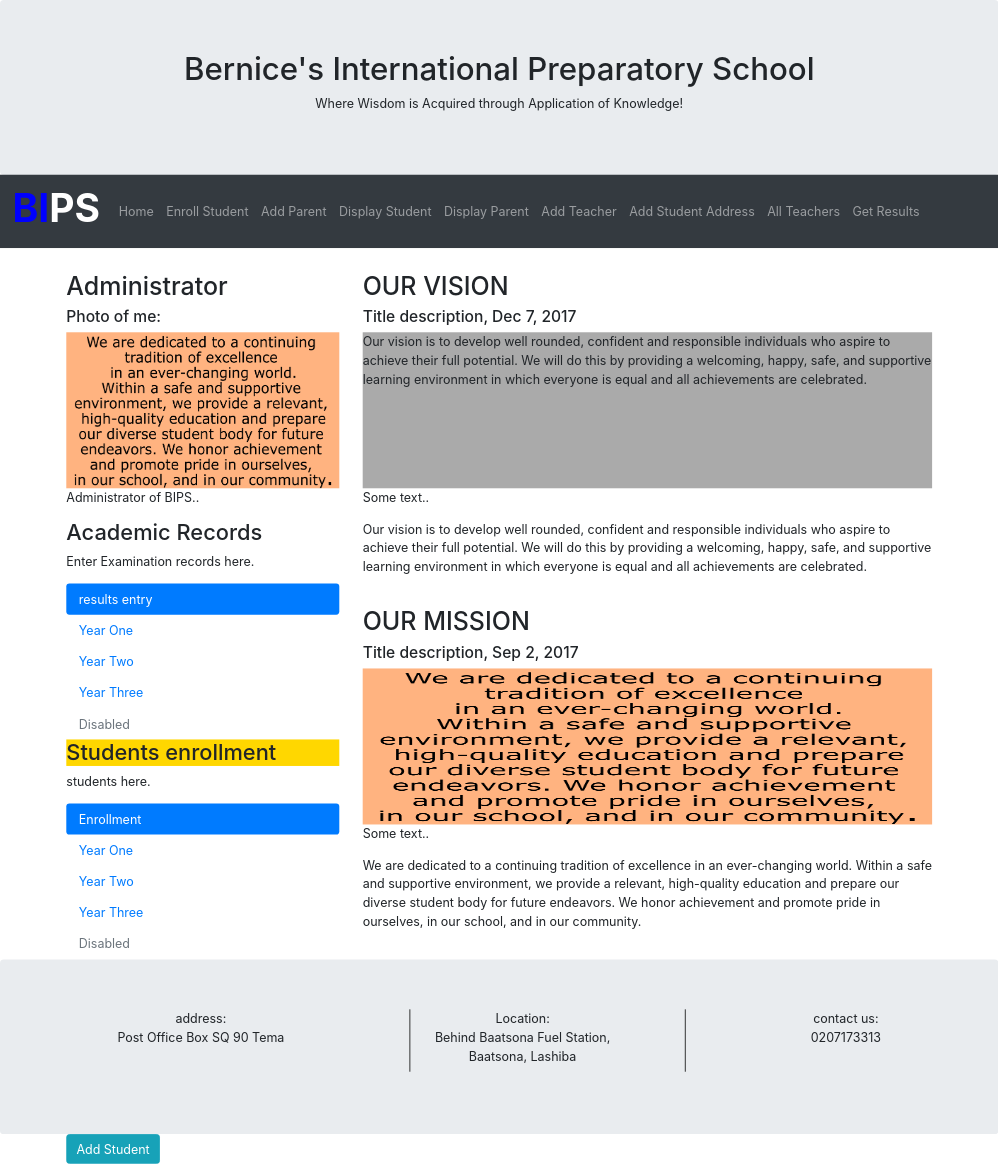
Repository: joseackah/eclipse-workspace
Page: http://localhost/com.school.mgt.system.Front.End/WEB-INF/views/adminPageExample.jsp
These files come from the project's save history. The page is drawn as it stood at one moment and after the next save; the edit follows.
The browser window is 1280 px wide. The pictures show the whole page, at 78% of full size.
The page is served by Tomcat 9. Nobody is signed in. Other server files are loaded and not shown. The template is opened directly, without the code that normally fills it, so the values that code supplies are empty.

Above is the page before, as saved 2021-08-12 21:59:47.

### com.school.mgt.system.Front.End/src/main/webapp/WEB-INF/views/adminPageExample.jsp
<%@ page language="java" contentType="text/html; charset=ISO-8859-1"
    pageEncoding="ISO-8859-1"%>
<!DOCTYPE html>
<html>
<head>
<meta charset="ISO-8859-1">
<title>Home Page</title>
<meta charset="utf-8">
  <meta name="viewport" content="width=device-width, initial-scale=1">
  <link rel="stylesheet" href="https://maxcdn.bootstrapcdn.com/bootstrap/4.5.2/css/bootstrap.min.css">
  <script src="https://ajax.googleapis.com/ajax/libs/jquery/3.5.1/jquery.min.js"></script>
  <script src="https://cdnjs.cloudflare.com/ajax/libs/popper.js/1.16.0/umd/popper.min.js"></script>
  <script src="https://maxcdn.bootstrapcdn.com/bootstrap/4.5.2/js/bootstrap.min.js"></script>
  <style>
  .fakeimg {
    height: 200px;
    background: #aaa;
  }
  </style>
</head>
<body>
<div class="jumbotron text-center" style="margin-bottom:0">
  <h1>Bernice's International Preparatory School</h1>
  <p>Where Wisdom is Acquired through Application of Knowledge!</p>
</div>

<nav class="navbar navbar-expand-sm bg-dark navbar-dark">
  <a class="navbar-brand" href="#"><h1 style="font-size: 50px; font-weight: bold;"><span style="color:blue; font-size:;">BI</span>PS </h1></a>
  <button class="navbar-toggler" type="button" data-toggle="collapse" data-target="#collapsibleNavbar">
    <span class="navbar-toggler-icon"></span>
  </button>
  <div class="collapse navbar-collapse" id="collapsibleNavbar">
    <ul class="navbar-nav">
      <li class="nav-item">
        <a class="nav-link" href="${pageContext.request.contextPath}/general/homePage">Home</a>
      </li>
      <li class="nav-item">
        <a class="nav-link" href="${pageContext.request.contextPath}/schoolStudents/moreStudentsForm">Enroll Student</a>
      </li>
      <li class="nav-item">
        <a class="nav-link" href="${pageContext.request.contextPath}/schoolParents/showParentForm">Add Parent</a>
      </li>
      <li class="nav-item">
        <a class="nav-link" href="${pageContext.request.contextPath}/schoolStudents/displayStudents">Display Student</a>
      </li>
      <li class="nav-item">
        <a class="nav-link" href="${pageContext.request.contextPath}/schoolParents/displayParents">Display Parent</a>
      </li>
      <li class="nav-item">
        <a class="nav-link" href="${pageContext.request.contextPath}/schoolStudents/showStudentsForm">Add Teacher</a>
      </li>
      <li class="nav-item">
        <a class="nav-link" href="${pageContext.request.contextPath}/studentAddress/displayStudentAddress">Add Student Address</a>
      </li>
      <li class="nav-item">
        <a class="nav-link" href="${pageContext.request.contextPath}/schoolTeachers/displayTeachers">All Teachers</a>
      </li>
      <li class="nav-item">
        <a class="nav-link" href="${pageContext.request.contextPath}/general/lowerResults">Get Results</a>
      </li>
    </ul>
  </div>
</nav>

<div class="container" style="margin-top:30px">
  <div class="row">
    <div class="col-sm-4">
      <h2>Administrator</h2>
      <h5>Photo of me:</h5>
      <div class="fakeimg"> <img alt="our mision" src="${pageContext.request.contextPath}/resources/png/mission.png" style="width:100%; height:100%;"/>  </div>
      <p>Administrator of BIPS..</p>

    <!--   academic record start here -->

      <h3>Academic Records</h3>
      <p>Enter Examination records here.</p>
      <ul class="nav nav-pills flex-column">
        <li class="nav-item">
          <a class="nav-link active" href="#">results entry</a>
        </li>
        <li class="nav-item">
          <a class="nav-link" href="#">Year One</a>
        </li>
        <li class="nav-item">
          <a class="nav-link" href="#">Year Two</a>
        </li>
        <li class="nav-item">
          <a class="nav-link" href="#">Year Three</a>
        </li>
        <li class="nav-item">
          <a class="nav-link disabled" href="#">Disabled</a>
        </li>
      </ul>
      <hr class="d-sm-none">

      <!-- academic record ends here -->

      <!-- student starts here -->
       <h3 style="background-color:gold;">Students enrollment</h3>
      <p>students here.</p>
      <ul class="nav nav-pills flex-column">
        <li class="nav-item">
          <a class="nav-link active">Enrollment</a>
        </li>
        <li class="nav-item">
          <a class="nav-link" href="#">Year One</a>
        </li>
        <li class="nav-item">
          <a class="nav-link" href="#">Year Two</a>
        </li>
        <li class="nav-item">
          <a class="nav-link" href="#">Year Three</a>
        </li>
        <li class="nav-item">
          <a class="nav-link disabled" href="#">Disabled</a>
        </li>
      </ul>
      <hr class="d-sm-none">
    <!--   students ends here -->
    </div>

    <!-- mission start here -->
    <div class="col-sm-8">
      <h2>OUR VISION</h2>
      <h5>Title description, Dec 7, 2017</h5>
      <div class="fakeimg">  Our vision is to develop well rounded, confident and responsible individuals who aspire to achieve their full potential. We will do this by providing a welcoming, happy, safe, and supportive learning environment in which everyone is equal and all achievements are celebrated. </div>
      <p>Some text..</p>
      <p>Our vision is to develop well rounded, confident and responsible individuals who aspire to achieve their full potential. We will do this by providing a welcoming, happy, safe, and supportive learning environment in which everyone is equal and all achievements are celebrated. </p>

      <!-- mission end here -->

      <br>
      <h2>OUR MISSION</h2>
      <h5>Title description, Sep 2, 2017</h5>
      <div class="fakeimg"><img alt="" src="${pageContext.request.contextPath}/resources/png/mission.png" style="width:100%; height:100%;"></div>
      <p>Some text..</p>
      <p>We are dedicated to a continuing tradition of excellence in an ever-changing world. Within a safe and supportive environment, we provide a relevant, high-quality education and prepare our diverse student body for future endeavors. We honor achievement and promote pride in ourselves, in our school, and in our community.</p>
    </div>
  </div>
</div>

<div class="jumbotron text-center" style="margin-bottom:0; align-context: space-between;">
<div style="justify-content: center;">
<div style="display: flex; float: center; justify-content: center;">
<p style="margin-right: 10em">address: <br /> Post Office Box SQ 90 Tema</p> <p style="border-left: 1px solid black; height: 80px; position:fix; left: 35%; padding-right: 2em;"> </p>
<p style="display: flex; float: right;"> Location: <br /> Behind Baatsona Fuel Station, <br> Baatsona, Lashiba </p> <P style="border-left: 1px solid black; height: 80px; position:fix; right: 50%; margin-left: 6em;"> </P>
<p style="margin-left: 10em">contact us:<br/> 0207173313</p>
</div>


</div>
</div>


<!-- test form -->

 <div class="container">
		<button type="button" class="btn btn-info float-left" data-toggle="modal" data-target="#myModal">Add Student</button>

		<!-- Modal -->
		<div class="modal fade" id="myModal" role="dialog">
			<div class="modal-dialog">

				<!-- Modal content-->
				<div class="modal-content">
					<div class="modal-header">
					<h4 class="modal-title text-primary">ADD NEW STUDENT</h4>
						<button type="button" class="close" data-dismiss="modal">&times;</button>
					</div>
					<div class="modal-body">




						<form action="${pageContext.request.contextPath }/aitiKaceStudentsApiConsumption/saveAitiKaceStudent=SaMEmE=HsuSGS-MlsjHS-DN-aDDF-Fdddde-sAmKoG=SmO-sLnINbds=LonCrshs-bBidbdd" method="post">

							<div class="modal-body">

						<div class="row">
   							 <div class="col">

								<div class="form-group">

									<input name="student_id" type="text" class="form-control checking_student_id" id="student_id" value="" placeholder="Student ID" required>
									<span class="error_student_id" id="student_id_error_message" style="color:red;"></span>
								</div>
								</div>
							<div class="col">

								<div class="form-group">
									 <input name="student_name"
										type="text" class="form-control" id="student_name" value="" placeholder="Student Name" required>
										<span id ="student_name_error_message" style="color:red;"></span>
								</div>


					</div>








					</div>



								<div class="form-group">
									<label>COURSE</label>
									<select class="form-control" name="course">
										<option value="">Select Course</option>
										<option value="Certificate in Software Development">Certificate in Software Development</option>
										<option value="Cisco Certified Network Associate">Cisco Certified Network Associate</option>
										<option value="Cisco Certified Network Professionals">Cisco Certified Network Professionals</option>
										<option value="International Computer Driving Licence">International Computer Driving Licence</option>
										<option value="Cyber Security">Cyber Security</option>
										<option value="Network Information Security">Network Information Security</option>
										<option value="Certified Information System Auditor">Certified Information System Auditor</option>
										<option value="Big Data Analytics">Big Data Analytics</option>
										<option value="Web Technologies">Web Technologies</option>
										<option value="Java Programming">Java Programming</option>
										<option value="Computing Infrastructure Systems & Security">Computing Infrastructure Systems & Security</option>
									</select>
								</div>



					<div class="row">
    <div class="col">



								<div class="form-group">
								<label>COURSE LEVEL</label> <input name="course_level"
										type="text" class="form-control" id="course_level" value="" placeholder="CSD1.5" required>
										<span id ="course_level_error_message" style="color:red;"></span>
								</div>


						</div>

   <div class="col">

								<div class="form-group">
									<label>DATE OF BIRTH</label> <input name="date_of_birth" type="date"
										class="form-control checking_date_of_birth" id="date_of_birth" value="" placeholder="example@play.com" required>
										<span class="error_date_of_birth" id="date_of_birth_error_message" style="color:red;"></span>
								</div>


</div>
</div>


								<div class="form-group">
								<label>EMAIL</label> <input name="email" type="email"
										class="form-control checking_email" id="email" value="" placeholder="example@play.com" required>
										<span class="error_email" id ="email_error_message" style="color:red;"></span>
								</div>


				<div class="row">
    <div class="col">


								<div class="form-group">
								<label>PHONE NUMBER</label>	<input name="phone" type="text"
										class="form-control checking_phone" id="phone" value="" placeholder="0*************" required>
										<span class="error_phone" id ="phone_error_message" style="color:red;"></span>
								</div>
			</div>
 <div class="col">
								<div class="form-group">
									<label>GENDER</label>
									<select class="form-control" name="gender">
										<option>Select</option>
										<option value="Male">Male</option>
										<option value="Female">Female</option>
									</select>
								</div>

</div>
</div>

		<div class="form-group">
									<label>ADDRESS</label> <input name="address"
										type="text" class="form-control" id="address" value="" placeholder="Tema Comm 1" required>
										<span id ="course_level_error_message" style="color:red;"></span>
								</div>


			<div class="row">
    <div class="col">


								<div class="form-group">
									<label>COURSE START DATE</label> <input name="course_start_date" type="date"
										class="form-control checking_date_of_birth" id="course_start_date" value="" placeholder="example@play.com" required>
										<span class="error_date_of_birth" id="date_of_birth_error_message" style="color:red;"></span>
								</div>

</div>
  <div class="col">


								<div class="form-group">
									<label>COURSE END DATE</label> <input name="course_end_date" type="date"
										class="form-control checking_date_of_birth" id="course_end_date" value="" placeholder="example@play.com" required>
										<span class="error_date_of_birth" id="date_of_birth_error_message" style="color:red;"></span>
								</div>

</div>
</div>

</body>
</html>

After the next save:
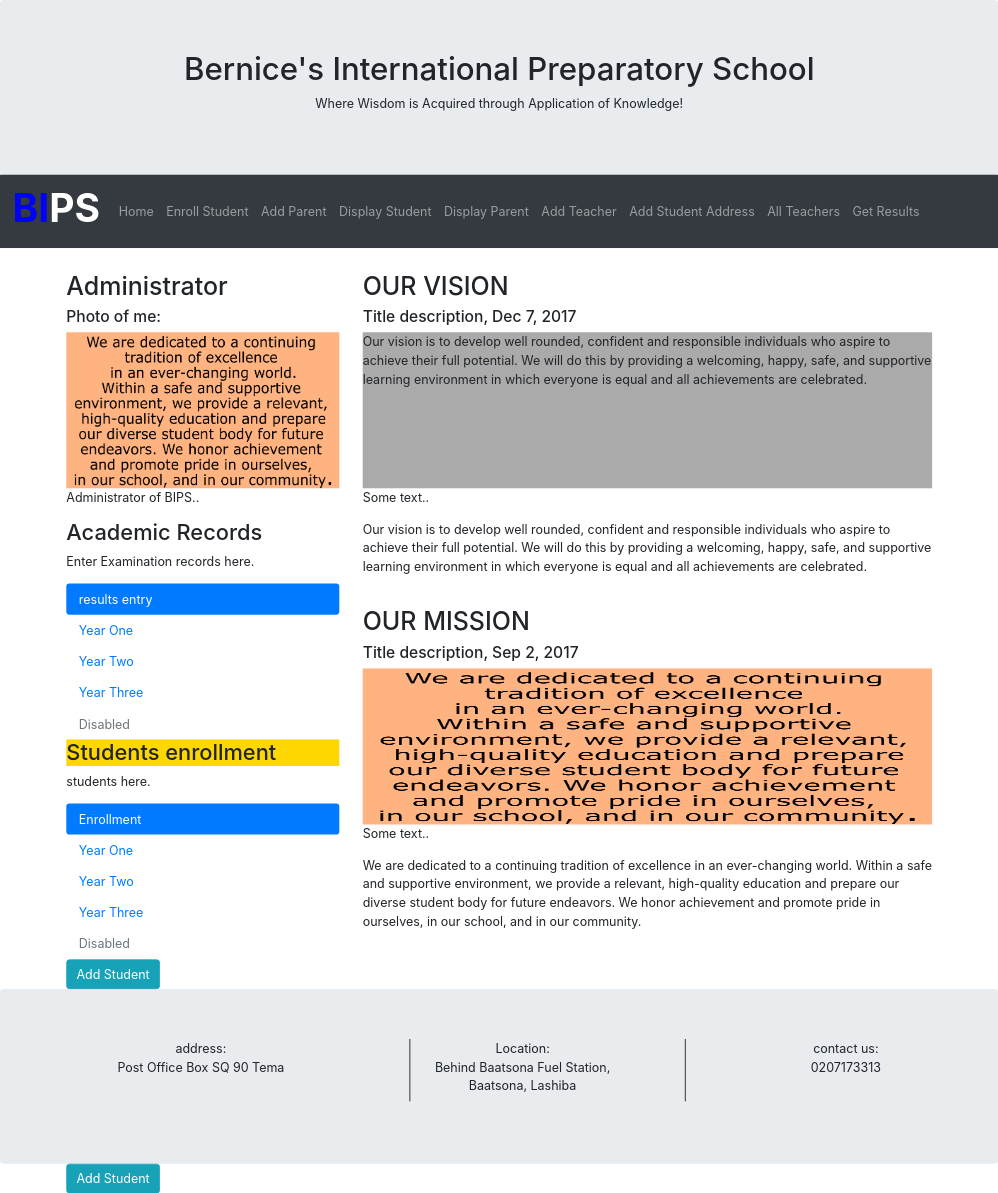
Saved 6 min 38 s later.
--- a/com.school.mgt.system.Front.End/src/main/webapp/WEB-INF/views/adminPageExample.jsp
+++ b/com.school.mgt.system.Front.End/src/main/webapp/WEB-INF/views/adminPageExample.jsp
@@ -113,6 +113,7 @@
         </li>
         <li class="nav-item">
           <a class="nav-link disabled" href="#">Disabled</a>
+          <button type="button" class="btn btn-info float-left" data-toggle="modal" data-target="#myModal">Add Student</button>
         </li>
       </ul>
       <hr class="d-sm-none">
